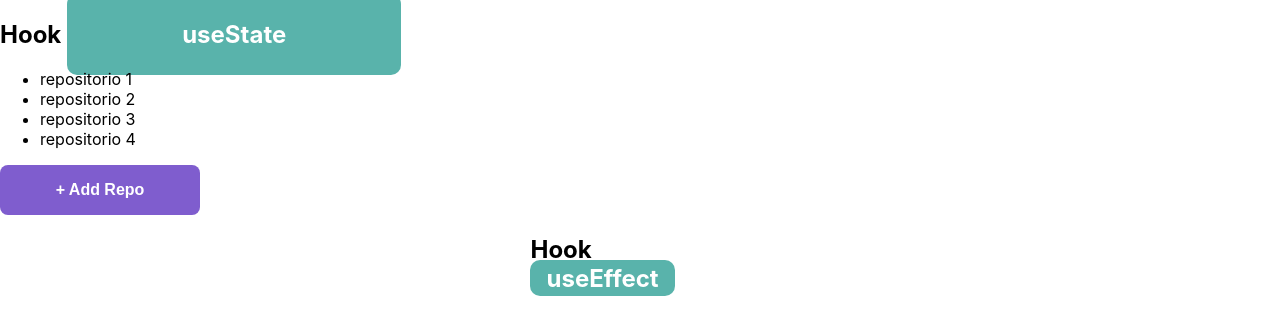
Repository: thiagolucio/react-hooks-use
Page: /
The author's editor kept a copy of each file at every save. The page is drawn from the files as they stood at one save, then again after the next save.
The browser window is 1280 px wide. The pictures show the whole page.
The project was rebuilt for these pictures with package versions that can differ from the ones it lists, and the page was loaded fresh each time.

Above is the page before, as saved 2022-03-08 22:55:13.

### src/index.css
body {
  margin: 0;
  padding: 0;
  overflow-x: hidden;
  font-family: -apple-system, BlinkMacSystemFont, 'Segoe UI', 'Roboto', 'Oxygen',
    'Ubuntu', 'Cantarell', 'Fira Sans', 'Droid Sans', 'Helvetica Neue',
    sans-serif;
  -webkit-font-smoothing: antialiased;
  -moz-osx-font-smoothing: grayscale;
}

code {
  font-family: source-code-pro, Menlo, Monaco, Consolas, 'Courier New',
    monospace;
}

.container_column_center {
  display: flex;
  flex-direction: column;
  justify-content: flex-start;
  align-items: center;
}

.container_row_center {
  display: flex;
  flex-direction: row;
  justify-content: flex-start;
}


.font18px {font-size: 18px;}
.font20px {font-size: 20px;}
.font22px {font-size: 22px;}
.font24px {font-size: 24px;}

### src/App.js
import React from "react";
import "./App.css";

import UseStateExample from "./Components/UseStateExample";
import UseEffectExample from "./Components/UseEffectExample";

function App() {
  return (
    <>
        <UseStateExample />
        <UseEffectExample />
    </>
  );
}

export default App;

### src/App.css
.container {
    display: flex;
    align-items: center;
    justify-content: center;
}

.flex-row {
    flex-direction: row;
}
.flex-column {
    flex-direction: column;
}

### src/Components/UseStateExample.js
import React, { useState } from "react";
import "./UseStateExample.css";

function UseStateExample() {

  const [repositories, setRepositories] = useState([
    { id: 1, name: "repositorio 1" },
    { id: 2, name: "repositorio 2" },
    { id: 3, name: "repositorio 3" },
    { id: 4, name: "repositorio 4" },
  ]);

    function handleAddRepo() {

        let numName  = repositories.length + 1;

        setRepositories([...repositories, { id: Math.random(), name: "repositorio " + numName}]);
    }

  return (
    <div className="">
      <h2>Hook <span className="badge-title">useState</span></h2>
      <ul>
        {repositories.map((repo) => (
          <li key={repo.id}>{repo.name}</li>
        ))}
      </ul>
      <button className="buttonApp" onClick={handleAddRepo}>+ Add Repo</button>
    </div>
  );
}

export default UseStateExample;

### src/Components/UseEffectExample.js
import React, { useState } from "react";
import "./UseStateExample.css";

function UseEffectExample() {

  const [repositories, setRepositories] = useState([]);

    function handleAddRepo() {

    }

  return (
    <div className="container">
      <h2>Hook <span className="badge-title">useEffect</span></h2>
      <ul>
        {repositories.map((repo) => (
          <li key={repo.id}>{repo.name}</li>
        ))}
      </ul>
    </div>
  );
}

export default UseEffectExample;

### src/Components/UseStateExample.css
.buttonApp {
    width: 200px;
    height: 50px;
    font-size: 16px;
    padding: 8px 25px;
    background-color: #7f5dce;
    border: 2px solid #ffffff;
    color: #fff;
    font-weight: bold;
    border: none;
    border-radius: 8px;
}

.buttonApp:hover {
    background-color: white;
    border: 2px solid #7f5dce;
    color: #7f5dce;
    transition: all 0.2s ease-in;
    cursor: pointer;
}

.buttonApp:click {
    background-color: 45336e;
    border: 2px solid #45336e;
    color: #7f5dce;
    transition: all 0.2s ease-in;
    cursor: pointer;
}

.badge-title {
    width: 100%;
    height: 40px;
    font-size: 24px;
    padding: 2% 9%;
    background-color: #59b3ab;
    color: #fff;
    font-weight: bold;
    border: none;
    border-radius: 10px;
}

Loaded but not shown: public/index.html (common file); src/index.js (common file); src/reportWebVitals.js (common file)

After the next save:
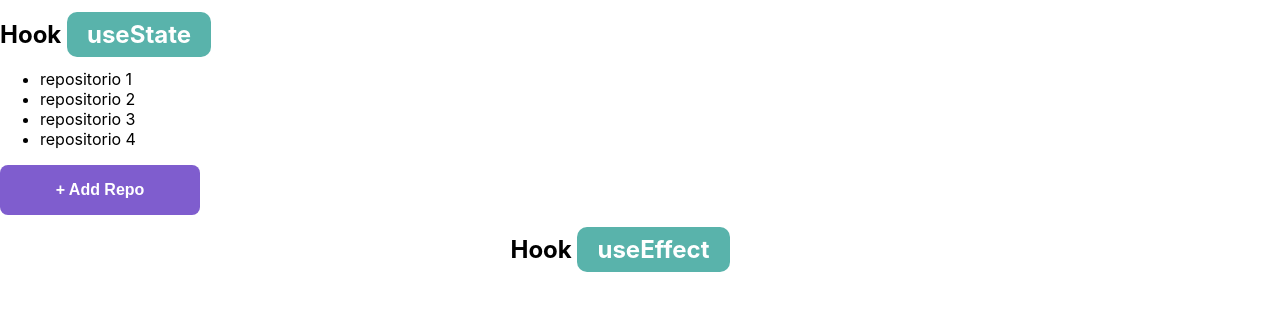
Saved 11 s later.
--- a/src/Components/UseStateExample.css
+++ b/src/Components/UseStateExample.css
@@ -31,7 +31,7 @@
     width: 100%;
     height: 40px;
     font-size: 24px;
-    padding: 2% 9%;
+    padding: 8px 20px;
     background-color: #59b3ab;
     color: #fff;
     font-weight: bold;
